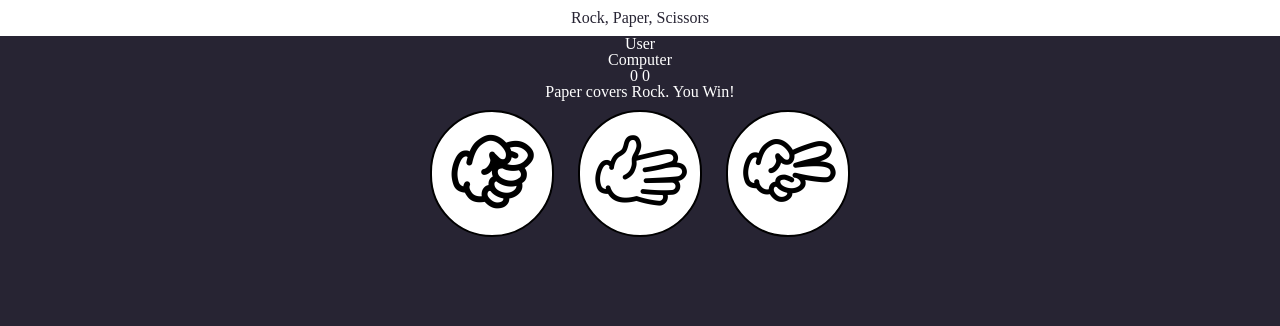
Repository: AndersonGuilherme/rock-paper-scissor-game-javascript
Page: index.html
The author's editor kept a copy of each file at every save. The page is drawn from the files as they stood at one save, then again after a run of saves.
The browser window is 1280 px wide. The pictures show the whole page.

Above is the page before, as saved 2019-01-12 23:03:42.

### index.html
<!DOCTYPE html>
<html lang="en">
  <head>
    <meta charset="UTF-8" />
    <meta name="viewport" content="width=device-width, initial-scale=1.0" />
    <meta http-equiv="X-UA-Compatible" content="ie=edge" />
    <title>Rocket.io</title>
    <link rel="stylesheet" href="./src/public/css/reset.css" />
    <link rel="stylesheet" href="./src/public/css/style.css" />
  </head>
  <body>
    <header id="header"><h1>Rock, Paper, Scissors</h1></header>
    <div class="score-board">
      <div id="user-label" class="badge">User</div>
      <div id="computer-label" class="badge">Computer</div>
      <span id="user-score">0</span> <span id="computer-score">0</span>
    </div>
    <div class="result"><h1>Paper covers Rock. You Win!</h1></div>
    <div class="choices">
      <div class="choice"><img src="./src/public/images/rock.png" alt="" /></div>
      <div class="choice"><img src="./src/public/images/paper.png" alt="" /></div>
      <div class="choice"><img src="./src/public/images/scissor.png" alt="" /></div>
    </div>
  </body>
</html>

### src/public/css/style.css
body{
    background-color: #272433;
    color: #fff;
    text-align: center;
}

#header{
    background-color: #fff;
    color: #272433;
    text-align: center;
    padding: 10px;
}

#score-board{
    margin-top: 50px;

}

#choices{
    display: inline;
}

.choice{
    display: inline-block;
    border: 2px solid #000;
    border-radius: 100px;
    text-align: center;
    max-width: 120px;
    background-color: #fff;
    margin: 10px
}

.choice>img{
    max-height: 100px;
    padding: 10px;
}

.choice:hover{

}

Loaded but not shown: src/public/css/reset.css (common file)

After the next 2 saves:
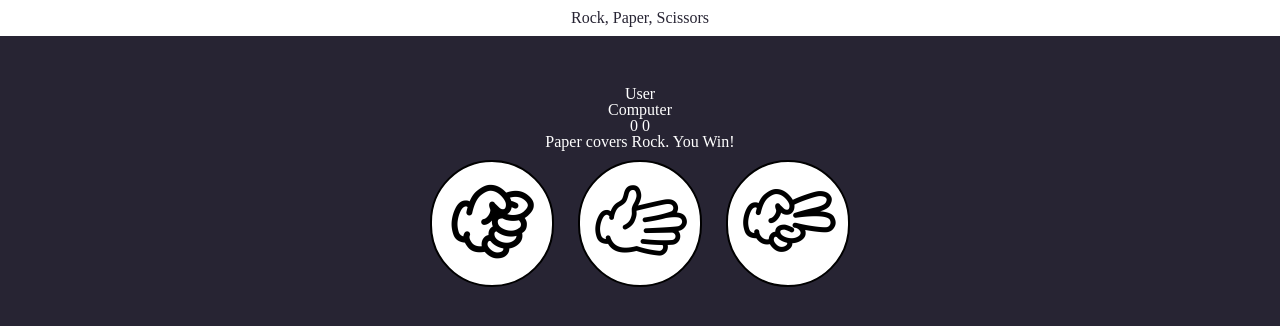
The 2 saves are shown as one change because they came seconds apart.
The last was saved 23 s later.
--- a/src/public/css/style.css
+++ b/src/public/css/style.css
@@ -11,7 +11,7 @@ body{
     padding: 10px;
 }
 
-#score-board{
+.score-board{
     margin-top: 50px;
 
 }
